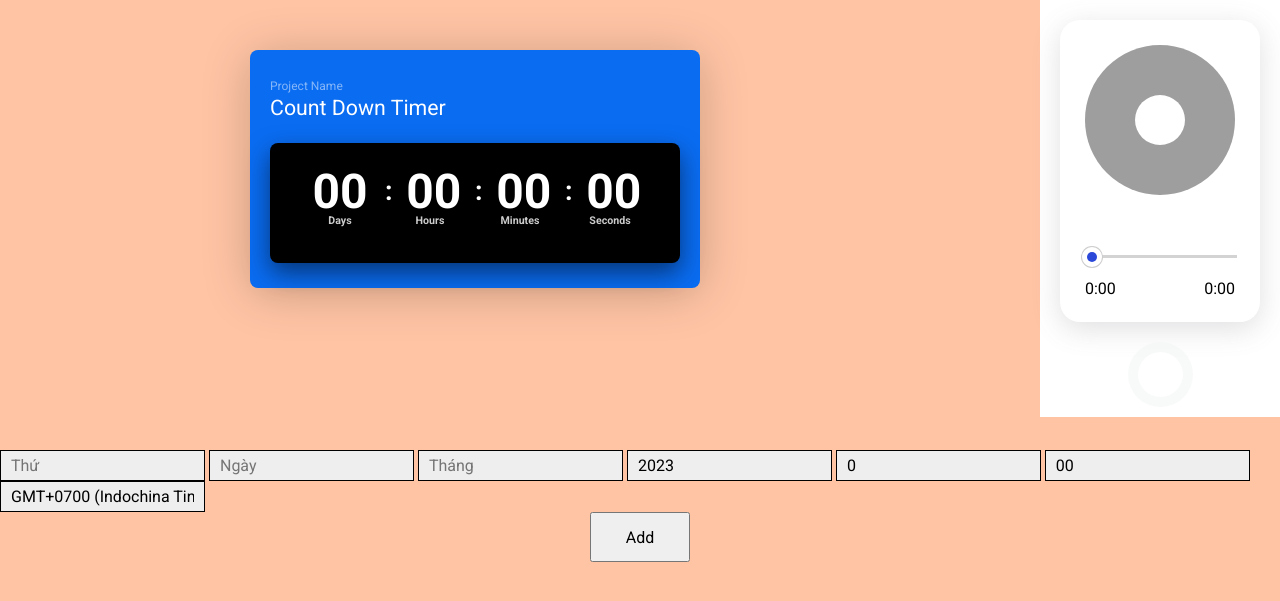
Repository: thuanpham00/CountDownTimer
Page: index.html
These files come from the project's save history. The page is drawn as it stood at one moment and after the next save; the edit follows.
The browser window is 1280 px wide. The pictures show the whole page.
Pictures or frames that could not be fetched are drawn as grey boxes. The style sheet was rebuilt from its Sass, Less or Tailwind sources for each picture, by a compiler version that may differ from the author's.

Above is the page before, as saved 2023-09-27 15:32:27.

### index.html
<!DOCTYPE html>
<html lang="en">
    <head>
        <meta charset="UTF-8" />
        <meta name="viewport" content="width=device-width, initial-scale=1.0" />
        <title>Count Down</title>
        <link rel="preconnect" href="https://fonts.googleapis.com" />
        <link rel="preconnect" href="https://fonts.gstatic.com" crossorigin />
        <link
            href="https://fonts.googleapis.com/css2?family=Roboto:wght@300;400;500;700;900&display=swap"
            rel="stylesheet"
        />
        <link rel="stylesheet" href="./assets/css/main.css" />
    </head>
    <body>
        <div class="timer">
            <div class="timer-wrapper">
                <div>
                    <label class="timer-title">Project Name</label>
                    <label class="timer-name">Count Down Timer</label>
                </div>
                <div class="counter">
                    <div class="days">
                        <div class="value" id="days">00</div>
                        <span>Days</span>
                    </div>

                    <div class="hours">
                        <div class="value" id="hours">00</div>
                        <span>Hours</span>
                    </div>

                    <div class="minutes">
                        <div class="value" id="minutes">00</div>
                        <span>Minutes</span>
                    </div>

                    <div class="seconds">
                        <div class="value" id="seconds">00</div>
                        <span>Seconds</span>
                    </div>
                </div>
            </div>
            <div class="player">
                <div class="player-box">
                    <div class="player-media">
                        <img
                            src="https://cdn.dribbble.com/users/3960463/screenshots/14630140/media/c79331860d7ca1b97430a4888617f428.png?compress=1&resize=800x600"
                            alt=""
                            class="player-image"
                        />
                    </div>
                    <div class="progress">
                        <input
                            type="range"
                            id="progress-bar"
                            min="0"
                            max=""
                            value="0"
                            class="bar"
                        />
                        <audio src="./files/holo.mp3" id="song"></audio>
                    </div>
                    <div class="player-number">
                        <span class="player-remaining">0:00</span>
                        <span class="player-duration">0:00</span>
                    </div>
                </div>
                <div class="player-tool">
                    <i class="fa fa-backward player-prev"></i>
                    <i class="fa fa-play player-play"></i>
                    <i class="fa fa-forward player-next"></i>
                </div>
            </div>
        </div>
        <form class="form-timer">
            <input type="text" name="day" placeholder="Thứ" class="dayInput" />
            <input
                type="text"
                name="date"
                placeholder="Ngày"
                class="dateInput"
            />
            <input
                type="text"
                name="month"
                placeholder="Tháng"
                class="monthInput"
            />
            <input
                type="number"
                name="year"
                placeholder="Năm"
                value="2023"
                class="yearInput"
            />
            <input
                type="number"
                name="hour"
                placeholder="Giờ"
                class="hourInput"
                value="0"
            />
            <input
                type="number"
                name="minute"
                placeholder="Phút"
                class="minuteInput"
                value="00"
            />
            <input
                type="text"
                name="GMT"
                value="GMT+0700 (Indochina Time)"
                class="hourInput"
            />
            <button class="todo__submit" type="submit">Add</button>
        </form>
        <script src="./assets/js/main.js"></script>
    </body>
</html>

### assets/js/main.js
window.addEventListener("load", function () {
    const daysText = document.querySelector("#days");
    const hoursText = document.querySelector("#hours");
    const minutesText = document.querySelector("#minutes");
    const secondsText = document.querySelector("#seconds");

    function setTimer(
        dayInput,
        monthInput,
        dateInput,
        yearInput,
        hourInput,
        minuteInput,
        gmtInput
    ) {
        let currentTime = new Date().getTime();
        const endTime = new Date(
            yearInput,
            getMonthIndex(monthInput),
            dateInput,
            hourInput,
            minuteInput
        ).getTime();

        if (isNaN(endTime) || endTime - currentTime <= 0) return;
        setInterval(changeTimer, 500);
        changeTimer();

        function changeTimer() {
            let days, hours, minutes, seconds;
            const now = new Date();
            let startTime = now.getTime();
            let countDown = parseInt((endTime - startTime) / 1000);
            if (countDown > 0) {
                days = parseInt(countDown / 86400);
                countDown = countDown % 86400;
                hours = parseInt(countDown / 3600);
                countDown = countDown % 3600;
                minutes = parseInt(countDown / 60);
                countDown = countDown % 60;
                seconds = parseInt(countDown);

                daysText.textContent = `${days}`.slice(-2);
                hoursText.textContent = `${hours}`.slice(-2);
                minutesText.textContent = `${minutes}`.slice(-2);
                secondsText.textContent = `${seconds}`.slice(-2);
            }
        }

        function getMonthIndex(monthName) {
            const months = [
                "Jan",
                "Feb",
                "Mar",
                "Apr",
                "May",
                "Jun",
                "Jul",
                "Aug",
                "Sep",
                "Oct",
                "Nov",
                "Dec",
            ];
            return months.indexOf(monthName);
        }
    }

    const formTimer = document.querySelector(".form-timer");
    formTimer.addEventListener("submit", function (e) {
        e.preventDefault();
        const dayInput = this.elements["day"].value;
        const monthInput = this.elements["month"].value;
        const dateInput = parseInt(this.elements["date"].value);
        const yearInput = parseInt(this.elements["year"].value);
        const hourInput = parseInt(this.elements["hour"].value);
        const minuteInput = parseInt(this.elements["minute"].value);
        const gmtInput = this.elements["GMT"].value;
        setTimer(
            dayInput,
            monthInput,
            dateInput,
            yearInput,
            hourInput,
            minuteInput,
            gmtInput
        );
    });
});

### scss/main.scss
html,
body,
div,
span,
applet,
object,
iframe,
h1,
h2,
h3,
h4,
h5,
h6,
p,
blockquote,
pre,
a,
abbr,
acronym,
address,
big,
cite,
code,
del,
dfn,
em,
img,
ins,
kbd,
q,
s,
samp,
small,
strike,
strong,
sub,
sup,
tt,
var,
b,
u,
i,
center,
dl,
dt,
dd,
ol,
ul,
li,
fieldset,
form,
label,
legend,
table,
caption,
tbody,
tfoot,
thead,
tr,
th,
td,
article,
aside,
canvas,
details,
embed,
figure,
figcaption,
footer,
header,
hgroup,
menu,
nav,
output,
ruby,
section,
summary,
time,
mark,
audio,
video {
    margin: 0;
    padding: 0;
    border: 0;
    font-size: 100%;
    font: inherit;
    vertical-align: baseline;
}
/* HTML5 display-role reset for older browsers */
article,
aside,
details,
figcaption,
figure,
footer,
header,
hgroup,
menu,
nav,
section {
    display: block;
}
body {
    line-height: 1;
}
ol,
ul {
    list-style: none;
}
blockquote,
q {
    quotes: none;
}
blockquote:before,
blockquote:after,
q:before,
q:after {
    content: "";
    content: none;
}
table {
    border-collapse: collapse;
    border-spacing: 0;
}

*,
::after,
::before {
    box-sizing: border-box;
}

html {
    font-size: 62.5%;
}

body {
    font-size: 1.6rem;
    font-family: "Poppins", sans-serif;
}

input,
select,
textarea,
button {
    font-size: inherit;
    font-family: inherit;
}

$continer-color: #0a6cf1;
$continer-padding: 30px 20px 10px 20px;
body {
    font-family: "Roboto", sans-serif;
    background: #ffc4a4;
    user-select: none;
}

.timer {
    position: relative;
    min-height: 400px;

    &-wrapper {
        position: absolute;
        left: 250px;
        top: 50px;
        background-color: $continer-color;
        padding: $continer-padding;
        border-radius: 8px;
        color: #fff;
        min-width: 450px;
        box-shadow: 0 5px 50px rgba(0, 0, 0, 0.2);
    }

    label {
        display: block;
    }

    &-title {
        font-size: 9pt;
        opacity: 0.5;
    }

    &-name {
        font-size: 16pt;
        margin: 5px 0;
    }

    .counter {
        padding: 25px;
        margin: 25px 0 15px 0;
        background-color: #000;
        font-weight: 700;
        border-radius: 8px;
        box-shadow: 0 10px 25px rgba(0, 0, 0, 0.5);
        min-height: 120px;

        div {
            display: inline-block;
        }
        .days,
        .hours,
        .minutes,
        .seconds {
            width: 25%;
            float: left;
            text-align: center;
            .value {
                display: block;
                font-size: 36pt;
                width: 100%;
                display: block;
            }
            span {
                font-size: 8pt;
                opacity: 0.8;
                width: 100%;
                display: block;
            }
        }
        .hours::before,
        .minutes::before,
        .seconds::before {
            content: ":";
            float: left;
            font-size: 20pt;
            position: relative;
            margin-top: 10px;
            opacity: 0.7;
            animation: pink 1s ease-in-out infinite;
        }
    }

    .player {
        position: absolute;
        right: 0;
        background-color: white;
        padding: 20px;
    }

    .player-box {
        box-shadow: rgba(100, 100, 111, 0.2) 0px 7px 29px 0px;
        padding: 25px;
        display: flex;
        align-items: center;
        justify-content: center;
        flex-direction: column;
        text-align: center;
        border-radius: 20px;
        max-width: 300px;
        margin: 0 auto 30px;
    }

    .player-media {
        position: relative;
        width: 150px;
        height: 150px;
        border-radius: 100rem;
        margin-bottom: 25px;
    }
    .player-media:before {
        content: "";
        width: 50px;
        height: 50px;
        background-color: white;
        border-radius: 100px;
        position: absolute;
        top: 50%;
        left: 50%;
        transform: translate(-50%, -50%);
        z-index: 10;
    }

    .player-image {
        width: 100%;
        height: 100%;
        object-fit: cover;
        border-radius: inherit;
    }

    .player-image.is-playing {
        animation: rotate 10s forwards infinite linear;
    }

    @keyframes rotate {
        to {
            transform: rotate(360deg);
        }
    }

    .progress {
        margin-bottom: 20px;
        margin-top: 25px;
    }

    .player-number {
        display: flex;
        justify-content: space-between;
        align-items: center;
        width: 100%;
    }

    .player-tool {
        display: flex;
        justify-content: center;
        align-items: center;
    }

    .player-play {
        color: #2b48d9;
        width: 45px;
        height: 45px;
        border-radius: 100rem;
        display: flex;
        justify-content: center;
        align-items: center;
        cursor: pointer;
        background-color: white;
        box-shadow: 0 0 0 10px rgba(242, 243, 244, 0.5);
        font-size: 16px;
        margin: 0 30px;
    }

    .player-next,
    .player-prev {
        cursor: pointer;
        font-size: 16px;
    }

    .progress {
        width: 100%;
        position: relative;
    }

    .bar {
        -webkit-appearance: none;
        width: 100%;
        height: 3px;
        background: #d3d3d3;
        outline: none;
        -webkit-transition: 0.2s;
        transition: opacity 0.2s;
    }

    .bar::-webkit-slider-thumb {
        -webkit-appearance: none;
        appearance: none;
        width: 10px;
        height: 10px;
        border-radius: 100rem;
        background-color: #2b48d9;
        box-shadow: 0 0 0 5px white, 0 0 0 6px #ccc;
    }

    /* .bar::-webkit-slider-thumb chọn phần tử con của phần tử có lớp bar mà là "thumb" của thanh trượt (slider)
     dành cho trình duyệt WebKit (chẳng hạn như Safari hoặc Chrome).

    .bar::-moz-range-thumb chọn phần tử con của phần tử có lớp bar mà là "thumb" của
    thanh trượt (slider) dành cho trình duyệt Firefox (Mozilla).
    */

    .bar::-moz-range-thumb {
        cursor: pointer;
        width: 10px;
        height: 10px;
        border-radius: 100rem;
        background-color: #2b48d9;
        box-shadow: 0 0 0 5px white, 0 0 0 6px #ccc;
    }
}

@keyframes pink {
    0% {
        opacity: 1;
    }
    50% {
        opacity: 0.5;
    }
    100% {
        opacity: 1;
    }
}

.form-timer {
    margin: 50px auto 0;
    max-width: 1500px;

    input {
        padding: 5px 10px;
        outline: none;
        background: #eee;
        border: 1px solid #000;
    }

    button {
        width: 100px;
        height: 50px;
        display: block;
        margin: 0 auto;
    }
}

After the next save:
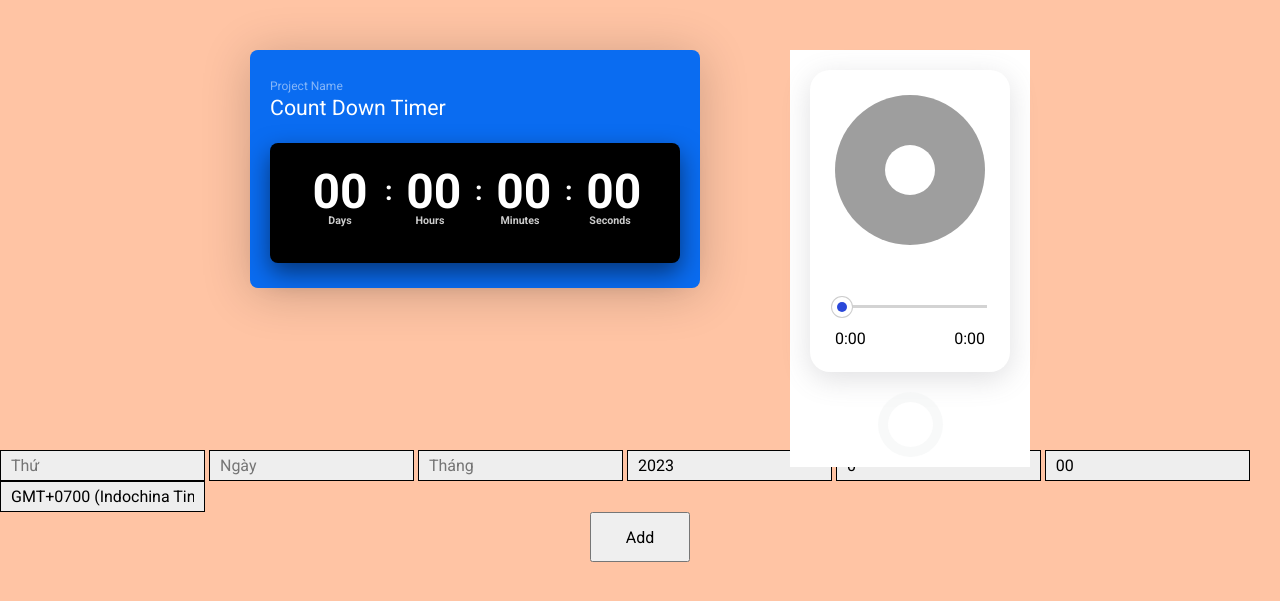
Saved 25 s later.
--- a/scss/main.scss
+++ b/scss/main.scss
@@ -231,7 +231,8 @@ body {
 
     .player {
         position: absolute;
-        right: 0;
+        right: 250px;
+        top: 50px;
         background-color: white;
         padding: 20px;
     }
